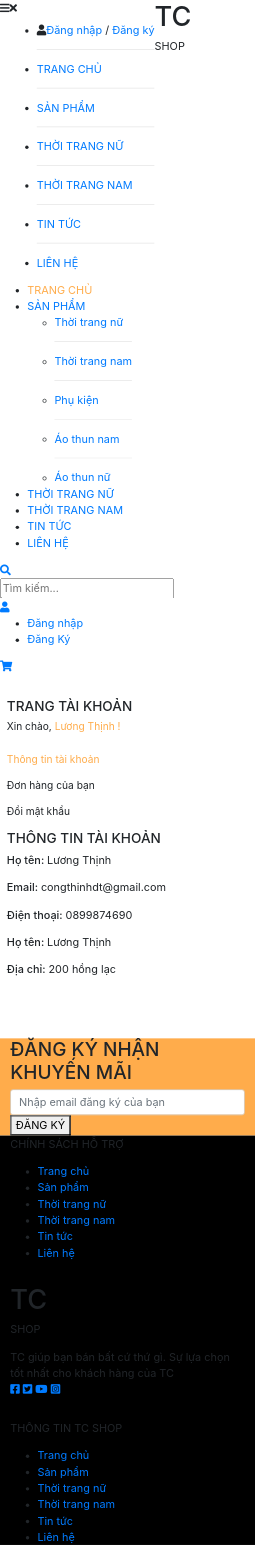
Repository: congthinh1701/TCshop
Page: ThongTinTaiKhoan.html
These files come from the project's save history. The page is drawn as it stood at one moment and after a run of saves; the edit follows.
The browser window is 375 px wide. The page is 385 px wide, so the pictures cover 385 px, including what lies to the right of the window. The pictures show the whole page, at 68% of full size.
The style sheet was rebuilt from its Sass, Less or Tailwind sources for each picture, by a compiler version that may differ from the author's.

Above is the page before, as saved 2021-09-08 17:36:44.

### ThongTinTaiKhoan.html
<!DOCTYPE html>
<html lang="en">
<head>
    <meta charset="UTF-8">
    <meta http-equiv="X-UA-Compatible" content="IE=edge">
    <meta name="viewport" content="width=device-width, initial-scale=1.0">
    <title>Document</title>
    <link rel="stylesheet" href="fontawesome-free-5.15.4-web/css/all.css">
    <link rel="stylesheet" href="sass/style.css">
</head>
<body>
    <div id="headerID"> <!-- your header --> </div>
    <div class="container admin">
        <div class="trang-tai-khoan">
            <h5>TRANG TÀI KHOẢN</h5>
            <div class="trang-tai-khoan-hello left ">
                <p>Xin chào, <span>Lương Thịnh !</span></p>
            </div>
            <div class="trang-tai-khoan-thong-tin left active">
                <p>Thông tin tài khoản</p>
            </div>
            <div class="trang-tai-khoan-hello left">
                <p>Đơn hàng của bạn</p>
            </div>
            <div class="trang-tai-khoan-hello left">
                <p>Đổi mật khẩu</p>
            </div>
        </div>
        <div class="thong-tin-tai-khoan">
            <h5>THÔNG TIN TÀI KHOẢN</h5>
            <div class="thong-tin-tai-khoan-name">
                <p><span>Họ tên: </span>Lương Thịnh</p>
                <p><span>Email: </span>congthinhdt@gmail.com</p>
                <p><span>Điện thoại: </span>0899874690</p>
                <p><span>Họ tên: </span>Lương Thịnh</p>
                <p><span>Địa chỉ: </span>200 hồng lạc</p>
            </div>
        </div>
    </div>
    <div id="footerID"> <!-- your header --> </div>
    <script src="https://cdnjs.cloudflare.com/ajax/libs/jquery/3.6.0/jquery.min.js" integrity="sha512-894YE6QWD5I59HgZOGReFYm4dnWc1Qt5NtvYSaNcOP+u1T9qYdvdihz0PPSiiqn/+/3e7Jo4EaG7TubfWGUrMQ==" crossorigin="anonymous" referrerpolicy="no-referrer"></script>
    <script>
        $("#headerID").load("header.html");
        $("#footerID").load("footer.html");
      </script>
</body>
</html>

### header.html
<!DOCTYPE html>
<html lang="en">
<head>
    <meta charset="UTF-8">
    <meta http-equiv="X-UA-Compatible" content="IE=edge">
    <meta name="viewport" content="width=device-width, initial-scale=1.0">
    <title>Document</title>
    <link rel="stylesheet" href="assets/css/style.css">
    <link rel="stylesheet" href="assets/css/base.css">
    <link rel="stylesheet" href="fontawesome-free-5.15.4-web/css/all.css">
    <link rel="stylesheet" href="https://maxcdn.bootstrapcdn.com/bootstrap/4.1.3/css/bootstrap.min.css">
    <script src="https://maxcdn.bootstrapcdn.com/bootstrap/4.1.3/js/bootstrap.min.js"></script>
</head>
<body>
    <div class="container-lg">
        <div class="nav">
            <label for="nav-mobile-input" class="nav_bars-btn">
                <i class="fas fa-bars"></i>
            </label>

            <input hidden type="checkbox" name="" class="nav_input" id="nav-mobile-input">
            <label for="nav-mobile-input" class="nav_overlay"></label>
            <nav class="nav-mobile">
                <label for="nav-mobile-input" class="nav__mobile-close">
                    <i class="fas fa-times"></i>
                </label>
                <ul class="nav__mobile-list">

                    <li class="nav__mobile-list-user">

                        <p><i class="fas fa-user"></i><a href="#">Đăng nhập</a> <span>/</span> <a href="#">Đăng ký</a>
                        </p>
                    </li>
                    <hr>
                    <li>
                        <a href="" class="nav__mobile-link">TRANG CHỦ</a>
                    </li>
                    <hr>
                    <li>
                        <a href="" class="nav__mobile-link">SẢN PHẨM</a>
                    </li>
                    <hr>
                    <li>
                        <a href="" class="nav__mobile-link">THỜI TRANG NỮ</a>
                    </li>
                    <hr>
                    <li>
                        <a href="" class="nav__mobile-link">THỜI TRANG NAM</a>
                    </li>
                    <hr>
                    <li>
                        <a href="" class="nav__mobile-link">TIN TỨC</a>
                    </li>
                    <hr>
                    <li>
                        <a href="" class="nav__mobile-link">LIÊN HỆ</a>
                    </li>
                </ul>
            </nav>
            <div class="nav-logo">
                <h1>TC</h1>
                <p>SHOP</p>
            </div>
            <nav class="nav-pc">
                <ul class="nav__list">
                    <li>
                        <a style="color:#ffac4b" href="home.html" class="nav__link">TRANG CHỦ</a>
                    </li>
                    <li class="options">
                        <a href="" class="nav__link">SẢN PHẨM</a>
                        <div class="nav__link-options">
                            <ul class="nav__link-options-list">
                                <li><a href="#">Thời trang nữ</a></li>
                                <hr>
                                <li><a href="#">Thời trang nam</a></li>
                                <hr>
                                <li><a href="#">Phụ kiện</a></li>
                                <hr>
                                <li><a href="#">Áo thun nam</a></li>
                                <hr>
                                <li><a href="#">Áo thun nữ</a></li>
                            </ul>
                        </div>
                    </li>
                    <li>
                        <a href="" class="nav__link">THỜI TRANG NỮ</a>
                    </li>
                    <li>
                        <a href="" class="nav__link">THỜI TRANG NAM</a>
                    </li>
                    <li>
                        <a href="" class="nav__link">TIN TỨC</a>
                    </li>
                    <li>
                        <a href="" class="nav__link">LIÊN HỆ</a>
                    </li>
                </ul>
            </nav>
            <div class="nav-right">
                <div class="search">
                    <a href="#"><i class="fas fa-search"></i></a>
                    <div class="search-hover">
                        <form>
                            <input class="search" type="text" name="search" placeholder="Tìm kiếm..." />
                        </form>
                    </div>
                </div>
                <div class="user">
                    <a href="#"> <i class="fas fa-user"></i></a>
                    <div class="user-hover">
                        <ul class="user-hover-list">
                            <li class="nav_link"><a href="#">Đăng nhập</a></li>
                            <li><a href="#">Đăng Ký</a></li>
                        </ul>
                    </div>
                </div>
                <div class="shopping">
                    <a href="card.html"><i class="fas fa-shopping-cart"></i></a>

                </div>
            </div>


        </div>
    </div>
</body>
</html>

### footer.html
<!DOCTYPE html>
<html lang="en">
<head>
    <meta charset="UTF-8">
    <meta http-equiv="X-UA-Compatible" content="IE=edge">
    <meta name="viewport" content="width=device-width, initial-scale=1.0">
    <title>Document</title>
    <link rel="stylesheet" href="assets/css/style.css">
    <link rel="stylesheet" href="assets/css/base.css">
    <link rel="stylesheet" href="fontawesome-free-5.15.4-web/css/all.css">
    <link rel="stylesheet" href="https://maxcdn.bootstrapcdn.com/bootstrap/4.1.3/css/bootstrap.min.css">
    <script src="https://maxcdn.bootstrapcdn.com/bootstrap/4.1.3/js/bootstrap.min.js"></script>
</head>
<body>
    <div class="container-lg" style="background-color: #ffac4b; margin-top: 50px;">
        <div class="container dangky">
            <div class="dangky-left">
                <h3>ĐĂNG KÝ NHẬN KHUYẾN MÃI</h3>
            </div>
            <div class="dangky-right">
                <form>
                    <input class="form-control" type="text" placeholder="Nhập email đăng ký của bạn">
                    <button type="button">ĐĂNG KÝ</button>
                </form>
            </div>
        </div>
    </div>

    <div class="container-lg" style="background-color: black">
        <div class="container footer">
            <div class="chinhsach-hotro">
                <p class="header">CHÍNH SÁCH HỖ TRỢ</p>
                <ul class="nav-list">
                    <li class="nav_link"><a href="#">Trang chủ</a></li>
                    <li class="nav_link"><a href="#">Sản phẩm</a></li>
                    <li class="nav_link"><a href="#">Thời trang nữ</a></li>
                    <li class="nav_link"><a href="#">Thời trang nam</a></li>
                    <li class="nav_link"><a href="#">Tin tức</a></li>
                    <li class="nav_link"><a href="#">Liên hệ</a></li>
                </ul>
            </div>
            <hr>
            <div class="ketnoi-shop">
                <h1>TC</h1>
                <p>SHOP</p>
                <span>TC giúp bạn bán bất cứ thứ gì. Sự lựa chọn tốt nhất cho khách hàng của TC</span>
                <div class="mangxahoi">
                    <a href="#"><i class="fab fa-facebook-square"></i></a>
                    <a href="#"><i class="fab fa-twitter-square"></i></a>
                    <a href="#"><i class="fab fa-youtube"></i></a>
                    <a href="#"><i class="fab fa-instagram-square"></i></a>
                </div>
            </div>
            <hr>
            <div class="thongtin-shop">
                <p class="header">THÔNG TIN TC SHOP</p>
                <ul class="nav-list">
                    <li class="nav_link"><a href="#">Trang chủ</a></li>
                    <li class="nav_link"><a href="#">Sản phẩm</a></li>
                    <li class="nav_link"><a href="#">Thời trang nữ</a></li>
                    <li class="nav_link"><a href="#">Thời trang nam</a></li>
                    <li class="nav_link"><a href="#">Tin tức</a></li>
                    <li class="nav_link"><a href="#">Liên hệ</a></li>
                </ul>
            </div>
        </div>
    </div>
</body>
</html>

### assets/css/base.css
:root{
    --primary-color:#EE4D2D;
    --primary-color-rgba:rgb(238,75,43);
    --white-color:#fff;
    --black-color:#000;
    --text-color:#333333;
    --font-weight:700;
    --font-size-product:19px;
    --font-weight-product:400;
    --font-size-price:18px;
    --header-height:120px;
    --navbar-height:34px;
    --header-with-search-height:calc(var(var(--header-height)-var(var(--navbar-height))))

}

### sass/style.scss

$text-fontSize:17px;
$text-fontSizeTK:19px;
$fontWeight:500;

.admin{
    display:flex;
    --columns:2;
    margin-top: 50px;
    @media (max-width: 923px) {
        --columns:1;
        display:unset;
        margin-top: 40px;
        .trang-tai-khoan{
            width: calc(100% / var(--columns));
            margin: 50px;
        }
        .thong-tin-tai-khoan{
            width: calc(100% / var(--columns));
            margin: 50px;
        }
    }
    @media (max-width: 623px) {
        .trang-tai-khoan{
            width: calc(100% / var(--columns));
            margin: 10px 0 0 10px;
            p{
                font-size: 15px;
            }
        }
        .thong-tin-tai-khoan{
            width: calc(100% / var(--columns));
            margin: 10px;
            p{
                font-size: 16px;
            }
        }

    }
}
.trang-tai-khoan{
    width: calc(100% / var(--columns) - 20%);
    p{
        font-size: $text-fontSize;
        &:hover{
            color: #ffac4b;
        }
        span{
            color: #ffac4b;
        }
    }
    &-thong-tin{
        margin-top:25px
    }
    .active {
        color: #ffac4b;
    }
}
.thong-tin-tai-khoan{
    width: calc(100% / var(--columns) + 20%);
    p{
        font-size: $text-fontSizeTK;
        span{
            font-weight: $fontWeight;
        }
    }
}

Loaded but not shown: fontawesome-free-5.15.4-web/css/all.css (library)

After the next 3 saves:
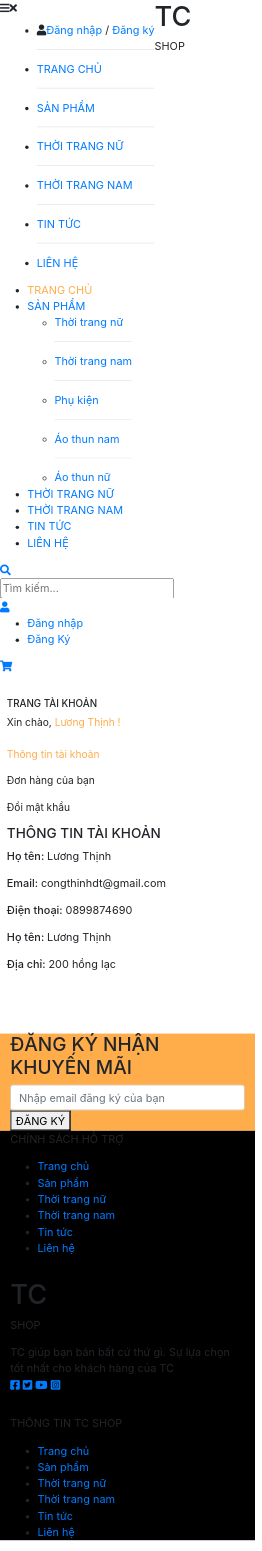
The 3 saves are shown as one change because they came seconds apart.
The last was saved 26 s later.
--- a/sass/style.scss
+++ b/sass/style.scss
@@ -24,6 +24,9 @@ $fontWeight:500;
         .trang-tai-khoan{
             width: calc(100% / var(--columns));
             margin: 10px 0 0 10px;
+            h5{
+                font-size: 90%;
+            }
             p{
                 font-size: 15px;
             }
